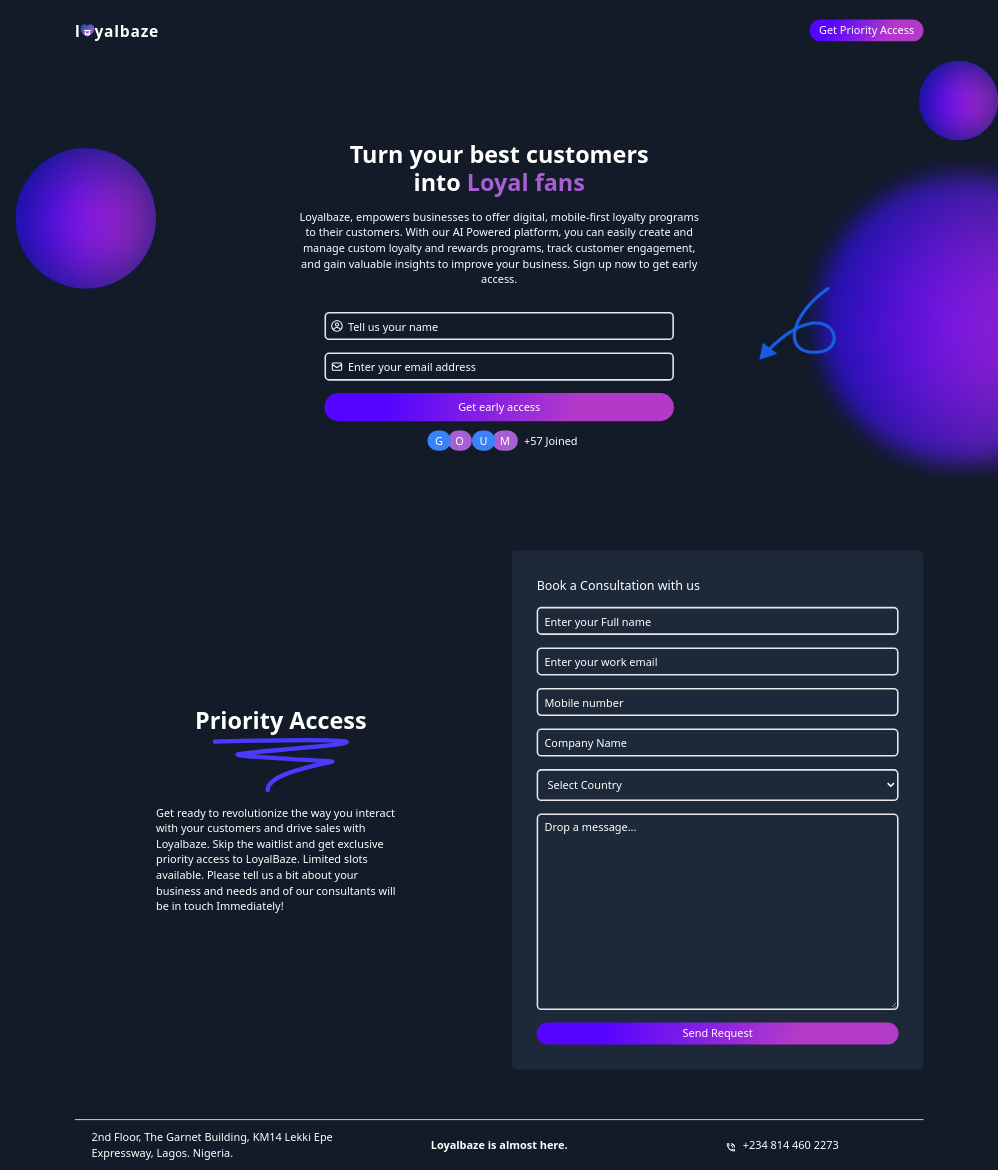
Repository: Jerified/loyalbaze
Page: /
These files come from the project's save history. The page is drawn as it stood at one moment and after the next save; the edit follows.
The browser window is 1280 px wide. The pictures show the whole page, at 78% of full size.
The project was rebuilt for these pictures with package versions that can differ from the ones it lists, and the page was loaded fresh each time. The framework's server and built-in components were replaced by stand-ins that run in the browser. Also part of the build but not shown: next.config.js.

Above is the page before, as saved 2023-02-13 20:31:55.

### src/app/layout.tsx
import Header from '@/components/Header'

import './globals.css'
import Providers from './Providers';

export default function RootLayout({
  children,
}: {
  children: React.ReactNode
}) {
  return (
    <html lang="en">
      <head />
      <body>
          <Header />
          {children}
      </body>
    </html>
  );
}

### src/app/page.tsx
import Contents from "@/components/Contents";
import Footer from "@/components/Footer";
import Form from "@/components/Form";


export default async function Home() {

  return  (
  <main className=''>
    <Contents />
    <Form />
    <Footer />
  </main>
  )
}

### src/components/Header.tsx
import { AiFillHome } from "react-icons/ai";
import { BsFillInfoCircleFill } from "react-icons/bs";
import Link from "next/link";

export default function Header() {
  return (
    <div className="flex justify-between px-8 sm:mx-auto items-center py-6 max-w-6xl mx-auto">
      <div className="text-xl font-semibold tracking-wider flex items-end justify-end">
        l
        <div className="relative">
          <svg
            width="10"
            height="8"
            viewBox="0 0 10 8"
            fill="none"
            xmlns="http://www.w3.org/2000/svg"
            className="absolute bottom-2 right-[0.23rem]"
          >
            <path
              d="M8.42822 3V5.57143C8.42822 6.51857 7.66108 7.28571 6.71394 7.28571H3.28537C2.33822 7.28571 1.57108 6.51857 1.57108 5.57143V3C1.57108 2.76429 1.76394 2.57143 1.99965 2.57143H2.84394C3.07965 2.57143 3.27251 2.76429 3.27251 3V4.34571C3.27295 4.5733 3.36327 4.7915 3.5238 4.95283C3.68432 5.11416 3.90207 5.20556 4.12965 5.20714C4.29251 5.20714 4.45537 5.16 4.59679 5.06571L5.00394 4.8L5.38108 5.05286C5.64251 5.22857 5.97679 5.25 6.25537 5.1C6.53822 4.95 6.71394 4.66286 6.71394 4.34143V3C6.71394 2.76429 6.90679 2.57143 7.14251 2.57143H7.99965C8.23537 2.57143 8.42822 2.76429 8.42822 3ZM9.07108 0.857143V1.28571C9.07108 1.75714 8.84394 2.14286 8.21394 2.14286H1.78537C1.12965 2.14286 0.928223 1.75714 0.928223 1.28571V0.857143C0.928223 0.385714 1.12965 0 1.78537 0H8.21394C8.84394 0 9.07108 0.385714 9.07108 0.857143Z"
              fill="white"
            />
          </svg>

          <span className="w-">
            <svg
              width="18"
              height="30"
              viewBox="0 0 34 30"
              fill="none"
              xmlns="http://www.w3.org/2000/svg"
            >
              <path
                d="M24.4002 0.169922C21.3835 0.169922 18.6835 1.63659 17.0002 3.88659C16.1404 2.73461 15.0239 1.79891 13.7394 1.15375C12.4549 0.508585 11.0376 0.171731 9.60016 0.169922C4.4835 0.169922 0.333496 4.33659 0.333496 9.48659C0.333496 11.4699 0.650163 13.3033 1.20016 15.0033C3.8335 23.3366 11.9502 28.3199 15.9668 29.6866C16.5335 29.8866 17.4668 29.8866 18.0335 29.6866C22.0502 28.3199 30.1668 23.3366 32.8002 15.0033C33.3502 13.3033 33.6668 11.4699 33.6668 9.48659C33.6668 4.33659 29.5168 0.169922 24.4002 0.169922Z"
                fill="url(#paint0_linear_1098_9360)"
              />
              <defs>
                <linearGradient
                  id="paint0_linear_1098_9360"
                  x1="2.3335"
                  y1="0.333333"
                  x2="19.3335"
                  y2="22.5"
                  gradientUnits="userSpaceOnUse"
                >
                  <stop stop-color="#175CE1" stop-opacity="0.71" />
                  <stop offset="1" stop-color="#A75FD2" stop-opacity="0.94" />
                </linearGradient>
              </defs>
            </svg>
          </span>
        </div>
        yalbaze
      </div>

      <button className=" px-3 py-1 rounded-full bg-[linear-gradient(112.92deg,_#5404FF_18.35%,rgba(189,_59,_210,_0.94)_71.49%)] text-sm">
        <div className="bg-inherit">Get Priority Access</div>
      </button>
    </div>
  );
}

### src/app/globals.css
@tailwind base;
@tailwind components;
@tailwind utilities;

body{
  background-color: #121B27;
  color: white
}

@layer components {
  input {
  @apply bg-inherit border-2 w-full rounded-md py-1 px-2 pl-2 placeholder:text-[14px] caret-[#A75FD2] outline-none placeholder:text-white
  }
}

### src/components/Contents.tsx
import React from 'react'
import {CgProfile} from 'react-icons/cg'
import { HiOutlineMail } from "react-icons/hi";

const Contents = () => {
  return (
    <div className="pt-8 lg:pt-0 pb-16 relative">
      <div className="hidden lg:flex justify-end">
        <svg
          width="102"
          height="102"
          viewBox="0 0 102 102"
          fill="none"
          xmlns="http://www.w3.org/2000/svg"
        >
          <g filter="url(#filter0_i_1098_9860)">
            <circle
              cx="51"
              cy="51"
              r="51"
              fill="url(#paint0_linear_1098_9860)"
            />
          </g>
          <defs>
            <filter
              id="filter0_i_1098_9860"
              x="0"
              y="0"
              width="103.02"
              height="104.04"
              filterUnits="userSpaceOnUse"
              color-interpolation-filters="sRGB"
            >
              <feFlood flood-opacity="0" result="BackgroundImageFix" />
              <feBlend
                mode="normal"
                in="SourceGraphic"
                in2="BackgroundImageFix"
                result="shape"
              />
              <feColorMatrix
                in="SourceAlpha"
                type="matrix"
                values="0 0 0 0 0 0 0 0 0 0 0 0 0 0 0 0 0 0 127 0"
                result="hardAlpha"
              />
              <feOffset dx="1.02" dy="2.04" />
              <feGaussianBlur stdDeviation="25.5" />
              <feComposite
                in2="hardAlpha"
                operator="arithmetic"
                k2="-1"
                k3="1"
              />
              <feColorMatrix
                type="matrix"
                values="0 0 0 0 0 0 0 0 0 0.113725 0 0 0 0 0.431373 0 0 0 1 0"
              />
              <feBlend
                mode="normal"
                in2="shape"
                result="effect1_innerShadow_1098_9860"
              />
            </filter>
            <linearGradient
              id="paint0_linear_1098_9860"
              x1="5.1"
              y1="70.89"
              x2="100.108"
              y2="75.3654"
              gradientUnits="userSpaceOnUse"
            >
              <stop stop-color="#5404FF" />
              <stop offset="0.899616" stop-color="#BA2AD1" />
            </linearGradient>
          </defs>
        </svg>
      </div>
      <div className="absolute left-5 hidden lg:block -z-1">
        <svg
          width="180"
          height="200"
          viewBox="0 0 200 200"
          fill="none"
          xmlns="http://www.w3.org/2000/svg"
        >
          <g filter="url(#filter0_i_3346_6249)">
            <circle
              cx="100"
              cy="100"
              r="100"
              fill="url(#paint0_linear_3346_6249)"
            />
          </g>
          <defs>
            <filter
              id="filter0_i_3346_6249"
              x="0"
              y="0"
              width="202"
              height="204"
              filterUnits="userSpaceOnUse"
              color-interpolation-filters="sRGB"
            >
              <feFlood flood-opacity="0" result="BackgroundImageFix" />
              <feBlend
                mode="normal"
                in="SourceGraphic"
                in2="BackgroundImageFix"
                result="shape"
              />
              <feColorMatrix
                in="SourceAlpha"
                type="matrix"
                values="0 0 0 0 0 0 0 0 0 0 0 0 0 0 0 0 0 0 127 0"
                result="hardAlpha"
              />
              <feOffset dx="2" dy="4" />
              <feGaussianBlur stdDeviation="50" />
              <feComposite
                in2="hardAlpha"
                operator="arithmetic"
                k2="-1"
                k3="1"
              />
              <feColorMatrix
                type="matrix"
                values="0 0 0 0 0 0 0 0 0 0.113725 0 0 0 0 0.431373 0 0 0 1 0"
              />
              <feBlend
                mode="normal"
                in2="shape"
                result="effect1_innerShadow_3346_6249"
              />
            </filter>
            <linearGradient
              id="paint0_linear_3346_6249"
              x1="10"
              y1="139"
              x2="196.289"
              y2="147.775"
              gradientUnits="userSpaceOnUse"
            >
              <stop stop-color="#5404FF" />
              <stop offset="0.899616" stop-color="#BA2AD1" />
            </linearGradient>
          </defs>
        </svg>
      </div>
      <div className="absolute right-0 hidden lg:block -z-1">
        <svg
          width="260"
          height="460"
          viewBox="0 0 279 460"
          fill="none"
          xmlns="http://www.w3.org/2000/svg"
        >
          <g filter="url(#filter0_if_3250_3646)">
            <circle
              cx="230"
              cy="230"
              r="200"
              fill="url(#paint0_linear_3250_3646)"
            />
          </g>
          <defs>
            <filter
              id="filter0_if_3250_3646"
              x="0"
              y="0"
              width="460"
              height="460"
              filterUnits="userSpaceOnUse"
              color-interpolation-filters="sRGB"
            >
              <feFlood flood-opacity="0" result="BackgroundImageFix" />
              <feBlend
                mode="normal"
                in="SourceGraphic"
                in2="BackgroundImageFix"
                result="shape"
              />
              <feColorMatrix
                in="SourceAlpha"
                type="matrix"
                values="0 0 0 0 0 0 0 0 0 0 0 0 0 0 0 0 0 0 127 0"
                result="hardAlpha"
              />
              <feOffset dx="4" dy="8" />
              <feGaussianBlur stdDeviation="100" />
              <feComposite
                in2="hardAlpha"
                operator="arithmetic"
                k2="-1"
                k3="1"
              />
              <feColorMatrix
                type="matrix"
                values="0 0 0 0 0 0 0 0 0 0.113725 0 0 0 0 0.431373 0 0 0 1 0"
              />
              <feBlend
                mode="normal"
                in2="shape"
                result="effect1_innerShadow_3250_3646"
              />
              <feGaussianBlur
                stdDeviation="15"
                result="effect2_foregroundBlur_3250_3646"
              />
            </filter>
            <linearGradient
              id="paint0_linear_3250_3646"
              x1="50"
              y1="308"
              x2="422.578"
              y2="325.551"
              gradientUnits="userSpaceOnUse"
            >
              <stop stop-color="#5404FF" />
              <stop offset="0.899616" stop-color="#BA2AD1" />
            </linearGradient>
          </defs>
        </svg>
      </div>

      <h1 className="font-bold text-center text-3xl max-w-sm mx-auto ">
        Turn your best customers into{" "}
        <span className="text-[#A75FD2] ">Loyal fans</span>
      </h1>
      <p className="text-center pt-4 max-w-[22rem] md:max-w-lg mx-auto text-sm z-100">
        Loyalbaze, empowers businesses to offer digital, mobile-first loyalty
        programs to their customers. With our AI Powered platform, you can
        easily create and manage custom loyalty and rewards programs, track
        customer engagement, and gain valuable insights to improve your
        business. Sign up now to get early access.
      </p>
      <form action="" className="pt-8 grid place-items-center gap-4 pb-3 relative">
        <div className='absolute right-[13rem] top-0 hidden lg:block'>
          <svg width="99" height="94" viewBox="0 0 99 94" fill="none" xmlns="http://www.w3.org/2000/svg">
<path d="M89.8737 3.49999C90.82 2.84772 91.0138 1.6312 90.3065 0.782795C89.5992 -0.0656061 88.2586 -0.224608 87.3123 0.427655L89.8737 3.49999ZM75.1908 83.4453L75.2913 85.3794L75.1908 83.4453ZM0.487821 93.343L23.7889 85.632L5.03935 71.2977L0.487821 93.343ZM87.3123 0.427655C63.2326 17.0251 47.5056 38.4428 43.9972 55.6668C42.2394 64.2962 43.5064 72.1624 48.7779 77.7112C54.0665 83.278 62.9501 86.0571 75.2913 85.3794L75.0903 81.5112C63.5102 82.147 56.1583 79.4988 52.0369 75.1606C47.8985 70.8045 46.5811 64.288 48.2042 56.3198C51.4574 40.3488 66.3528 19.7123 89.8737 3.49999L87.3123 0.427655ZM75.2913 85.3794C87.4389 84.7124 94.9158 78.9117 97.5774 71.5997C100.191 64.4195 98.034 56.077 91.6943 50.4846C85.2748 44.8217 74.8195 42.1622 61.2105 45.8016C47.6707 49.4225 30.939 59.2723 11.4376 78.6706L14.5831 81.2586C33.8025 62.1408 49.8871 52.8556 62.3705 49.5172C74.7847 46.1974 83.5594 48.7545 88.6881 53.2787C93.8967 57.8734 95.6063 64.6887 93.5159 70.4314C91.4735 76.0424 85.6761 80.9299 75.0903 81.5112L75.2913 85.3794Z" fill="#175CE1"/>
</svg>

        </div>
        <div className="w-[80%] md:w-[60%] lg:max-w-[35%] relative flex items-center">
          <input
            type="text"
            className=" bg-inherit border-2 w-full rounded-md py-1 px-2 pl-7 placeholder:text-[14px] "
            placeholder="Tell us your name"
          />
          <CgProfile className="absolute left-2 top-[50%] -translate-y-[50%]" />
        </div>
        <div className="w-[80%] md:w-[60%] lg:max-w-[35%] relative flex items-center">
          <input
            type="text"
            className=" bg-inherit border-2 w-full rounded-md py-1 px-2 pl-7 placeholder:text-[14px] placeholder:pt-[-1px] "
            placeholder="Enter your email address"
          />
          <HiOutlineMail className="absolute left-2 top-[50%] -translate-y-[50%]" />
        </div>
        <button className="text-sm bg-[linear-gradient(112.92deg,_#5404FF_18.35%,rgba(189,_59,_210,_0.94)_71.49%)] rounded-full w-[80%] md:w-[60%] lg:max-w-[35%] py-2">
          Get early access
        </button>
      </form>
      <div className="flex relative text-sm justify-center items-center">
        <p className="bg-blue-500 rounded-full w-fit px-[10px] py-[3px] relative  left-2 z-10">
          G
        </p>
        <p className="bg-[#A75FD2] rounded-full w-fit px-[10px] py-[3px] relative left-1">
          O
        </p>
        <p className="bg-blue-500 rounded-full w-fit px-[10px] py-[3px] relative left-1">
          U
        </p>
        <p className="bg-[#A75FD2] rounded-full w-fit px-[10px] py-[3px]">M</p>
        <p className="pl-2 font-medium">+57 Joined</p>
      </div>
    </div>
  );
}

export default Contents

### src/components/Footer.tsx
import React from 'react'
import {MdOutlinePhoneInTalk} from 'react-icons/md'

const Footer = () => {
  return (
    <div className='max-w-6xl mx-auto px-8'>
      <div
        className="border-b border-white
        "
      />
      <div className="lg:grid lg:grid-cols-3 text-center gap-y-3 text-sm py-3 lg:gap-0 items-center">
        <div className="font-semibold order-2 ">Loyalbaze is almost here.</div>
        <div className="max-w-[20rem] mx-auto order-1 lg:text-start">
          2nd Floor, The Garnet Building, KM14 Lekki Epe Expressway, Lagos.
          Nigeria.
        </div>
        <div className="flex justify-center items-center gap-2 order-3 lg:items-end">
          <MdOutlinePhoneInTalk />
          <p className="">+234 814 460 2273</p>
        </div>
      </div>
    </div>
  );
}

export default Footer

### src/components/Form.tsx
import React from "react";

const Form = () => {
  return (
    <>
      <main className="lg:grid grid-cols-2 gap-8 items-center max-w-6xl mx-auto px-8">
        <div className="text-center lg:text-start lg:place-items-center">
          <h1 className="font-semibold text-3xl ">Priority Access</h1>
          <div className="grid place-items-center pt-1">
            <svg
              width="176"
              height="70"
              viewBox="0 0 176 70"
              fill="none"
              xmlns="http://www.w3.org/2000/svg"
            >
              <path
                d="M3.5 4.8585C26.7327 3.78401 160.807 1.27686 171.613 4.8585C185.121 9.33556 39.9697 17.9315 32.6758 21.155C26.8406 23.7338 146.678 29.5718 153.702 30.2882C160.726 31.0045 70.2263 42.3583 71.3069 67"
                stroke="#4A3AFF"
                stroke-width="5.55173"
                stroke-linecap="round"
              />
            </svg>
          </div>
          <p className="pt-4 text-sm max-w-[22rem] md:max-w-lg lg:max-w-[20rem] mx-auto lg:m-0">
            Get ready to revolutionize the way you interact with your customers
            and drive sales with Loyalbaze. Skip the waitlist and get exclusive
            priority access to LoyalBaze. Limited slots available. Please tell
            us a bit about your business and needs and of our consultants will
            be in touch Immediately!
          </p>
        </div>
        <div className=" -auto">
          <form action="" className="py-8 bg-[#1D2939] my-16 rounded-md">
            <div className=" flex flex-col gap-4 mx-auto px-6 lg:px-8">
              <p className="">Book a Consultation with us</p>
              <input
                type="text"
                className="input"
                placeholder="Enter your Full name"
              />
              <input
                type="email"
                className="input"
                placeholder="Enter your work email"
              />
              <input type="tel" className="input" placeholder="Mobile number" />
              <input type="text" className="input" placeholder="Company Name" />
              <select
                name="Select Country"
                id=""
                className=" bg-inherit border-2 w-full rounded-md py-2 px-2 pl-2 placeholder:text-[14px] caret-[#A75FD2] outline-none text-[14px]"
              >
                <option
                  value="Select Country"
                  className="placeholder:text-[14px] text-[14px]"
                >
                  Select Country
                </option>
              </select>
              <textarea
                name=""
                id=""
                cols="0"
                rows="10"
                placeholder="Drop a message..."
                className=" bg-inherit border-2 w-full rounded-md py-1 px-2 pl-2 placeholder:text-[14px] caret-[linear-gradient(112.92deg,_#5404FF_18.35%,rgba(189,_59,_210,_0.94)_71.49%)] outline-none resize-non placeholder:text-white"
              />
              <button className=" px-3 py-1 rounded-full bg-[linear-gradient(112.92deg,_#5404FF_18.35%,rgba(189,_59,_210,_0.94)_71.49%)] text-sm">
                Send Request
              </button>
            </div>
          </form>
        </div>
      </main>
    </>
  );
};

export default Form;

### tailwind.config.js
/** @type {import('tailwindcss').Config} */
module.exports = {
  content: ["./src/**/*.{html,js,jsx,ts,tsx}"],
  theme: {
    extend: {},
  },
  plugins: [],
  darkMoode:"class"
}

After the next save:
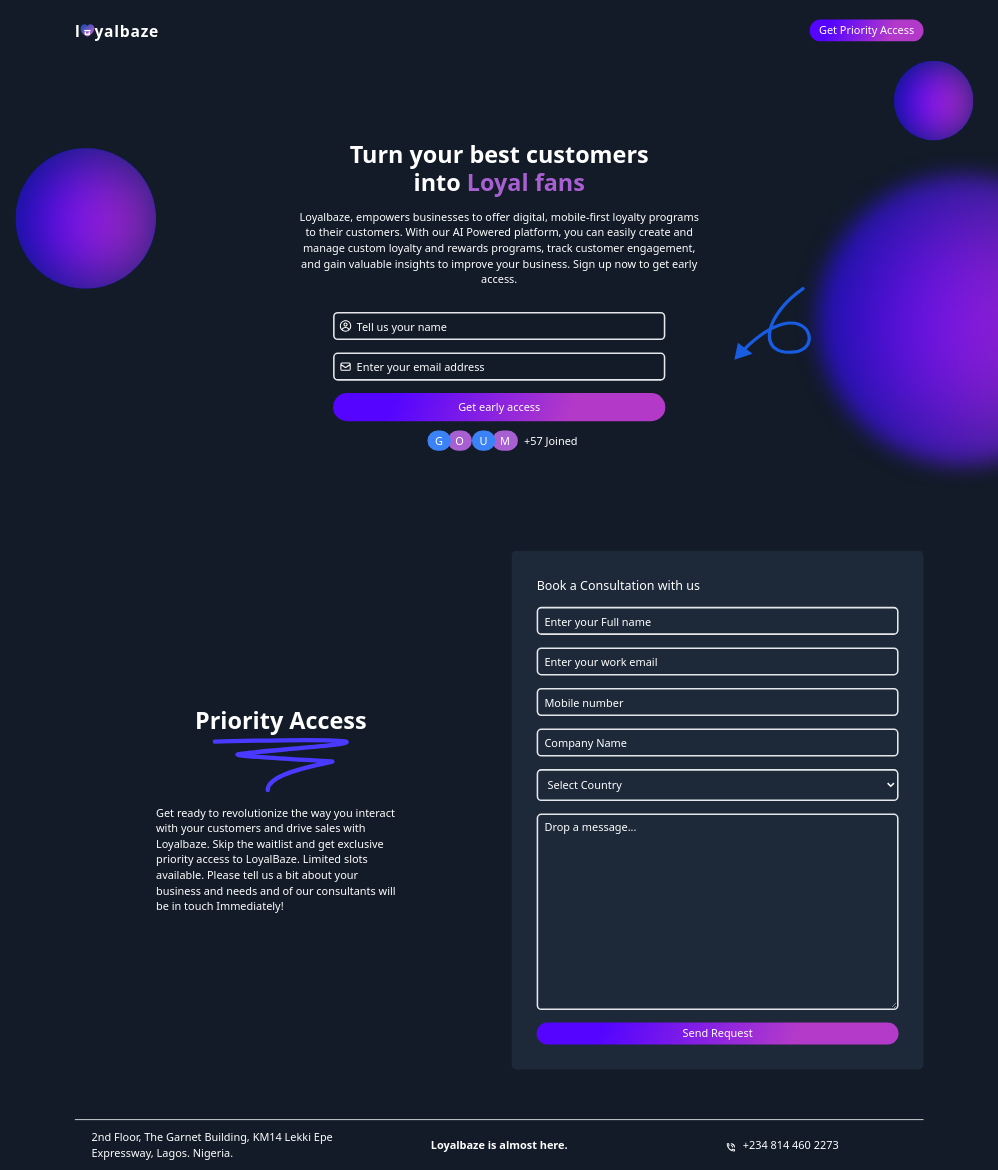
Saved 103 s later.
--- a/src/components/Contents.tsx
+++ b/src/components/Contents.tsx
@@ -4,7 +4,7 @@
 
 const Contents = () => {
   return (
-    <div className="pt-8 lg:pt-0 pb-16 relative">
+    <div className="pt-8 lg:pt-0 pb-16 relative px-8">
       <div className="hidden lg:flex justify-end">
         <svg
           width="102"
